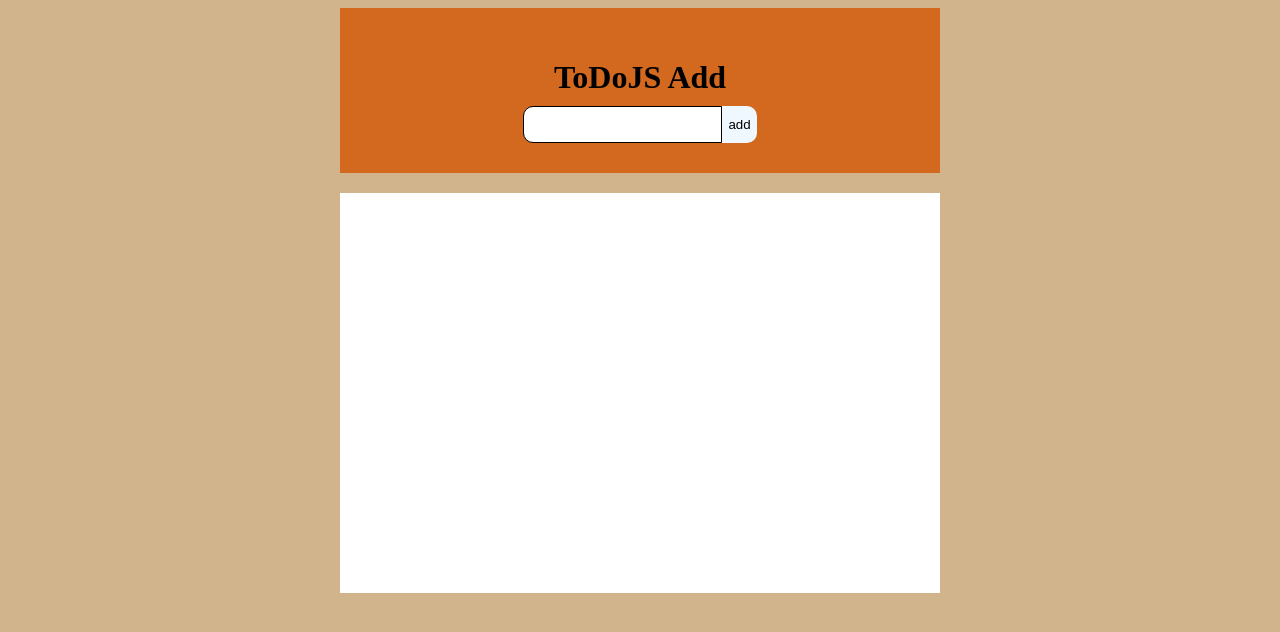
Repository: Savich01/ToDo
Page: index.html
The author's editor kept a copy of each file at every save. The page is drawn from the files as they stood at one save, then again after the next save.
The browser window is 1280 px wide. The pictures show the whole page.

Above is the page before, as saved 2024-05-03 13:23:32.

### index.html
<!DOCTYPE html>
<html lang="en">
<head>
    <meta charset="UTF-8">
    <meta name="viewport" content="width=device-width, initial-scale=1.0">
    <link rel="stylesheet" href="css/style.css">
    <title>ToDO</title>
</head>
<body>
    <header class="header">
        <div class="header-block">
            <div class="header-block__sub">
                <h1 class="title">ToDoJS Add</h1>
                <form class="personal" action="#">
                    <input type="text" class="personal-input">
                    <button class="personal-btn">add</button>
                </form>
            </div>
        </div>
    </header>
     <main class="main">
        <div class="main-block">

        </div>
     </main>
        <script src="js/script.js"></script>
</body>
</html>

### css/style.css
body {
    max-width: 100%;
    background: tan;
}
.header {
    margin-bottom: 20px;
}
.header-block {
    max-width: 600px;
    margin: 0 auto;
    background: #D2691E;
}
 .header-block__sub {
    display: flex;
    flex-direction: column;
    justify-content: center;
    align-items: center;
    padding: 30px 0px;
 }

 .title {
    margin-bottom: 10px;
 }

 .personal {
    display: flex;
    justify-content: center;
 }

 .personal-input{
    padding: 10px;
    border: 1px solid #000;
    border-radius: 10px 0px 0px 10px;
 }
.personal-btn {
    border: none;
    background-color: aliceblue;
    border-radius: 0px 10px 10px 0px;
    cursor: pointer;
}
/*--------------------ПЕРВЫЙ БЛОК-------------------------------------*/

.main-block {
   max-width: 600px;
   margin: 0 auto;
   background: white;
   height: 400px;
}

Loaded but not shown: js/script.js (no copy from this time; the picture is the same without it)

After the next save:
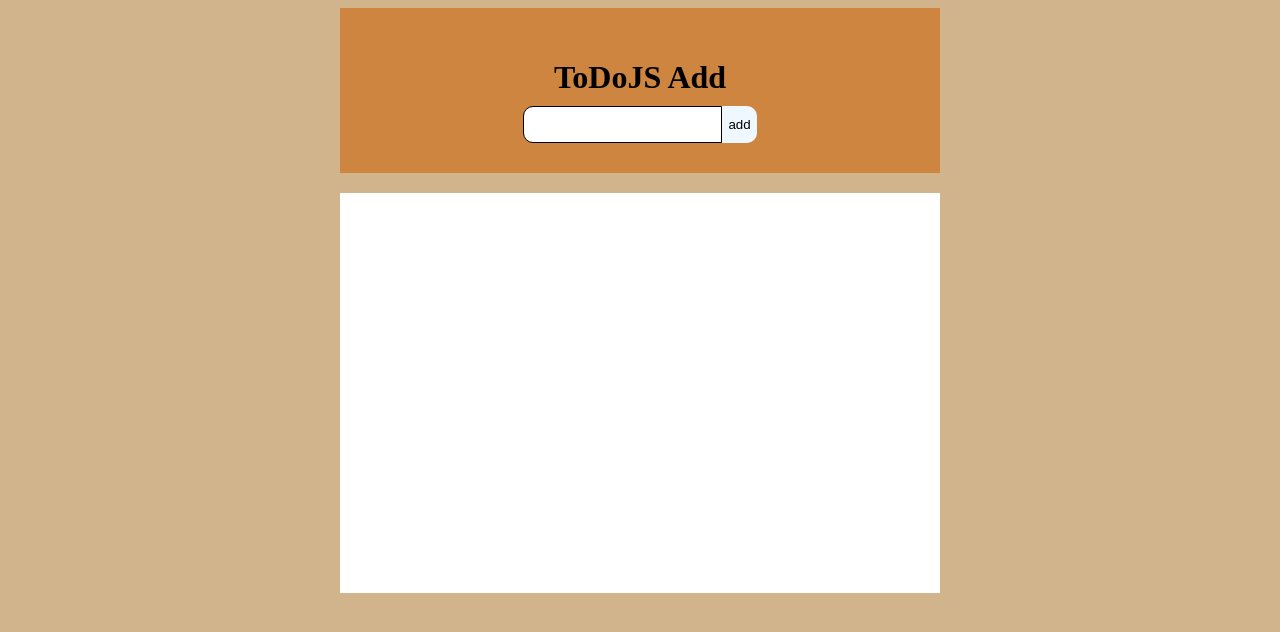
Saved 28 s later.
--- a/css/style.css
+++ b/css/style.css
@@ -8,7 +8,7 @@ body {
 .header-block {
     max-width: 600px;
     margin: 0 auto;
-    background: #D2691E;
+    background: #CD853F;
 }
  .header-block__sub {
     display: flex;
